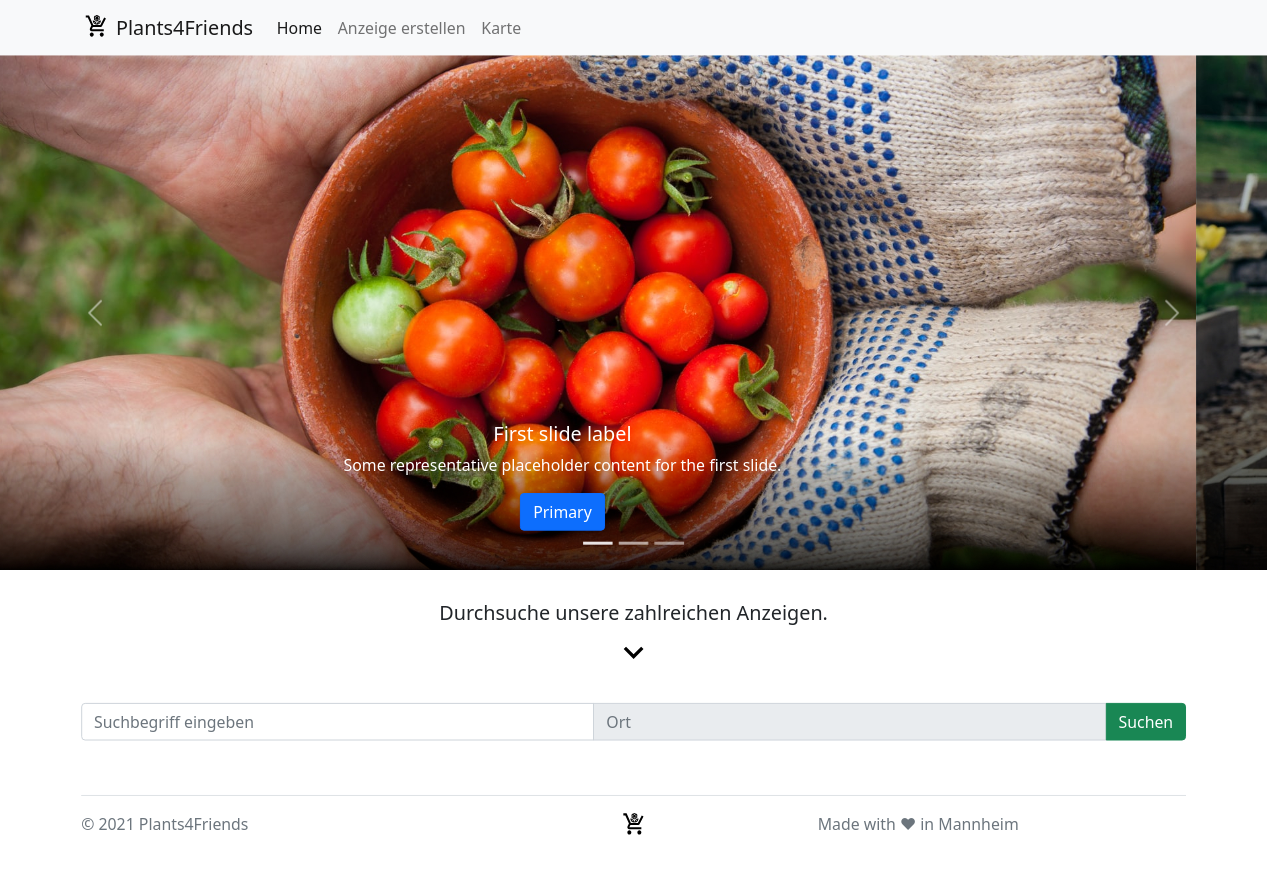
Repository: Carlson43/PlantsForFriends
Page: Website/index.html
These files come from the project's save history. The page is drawn as it stood at one moment and after the next save; the edit follows.
The browser window is 1280 px wide. The pictures show the whole page, at 99% of full size.

Above is the page before, as saved 2022-01-13 11:59:16.

After the next save:
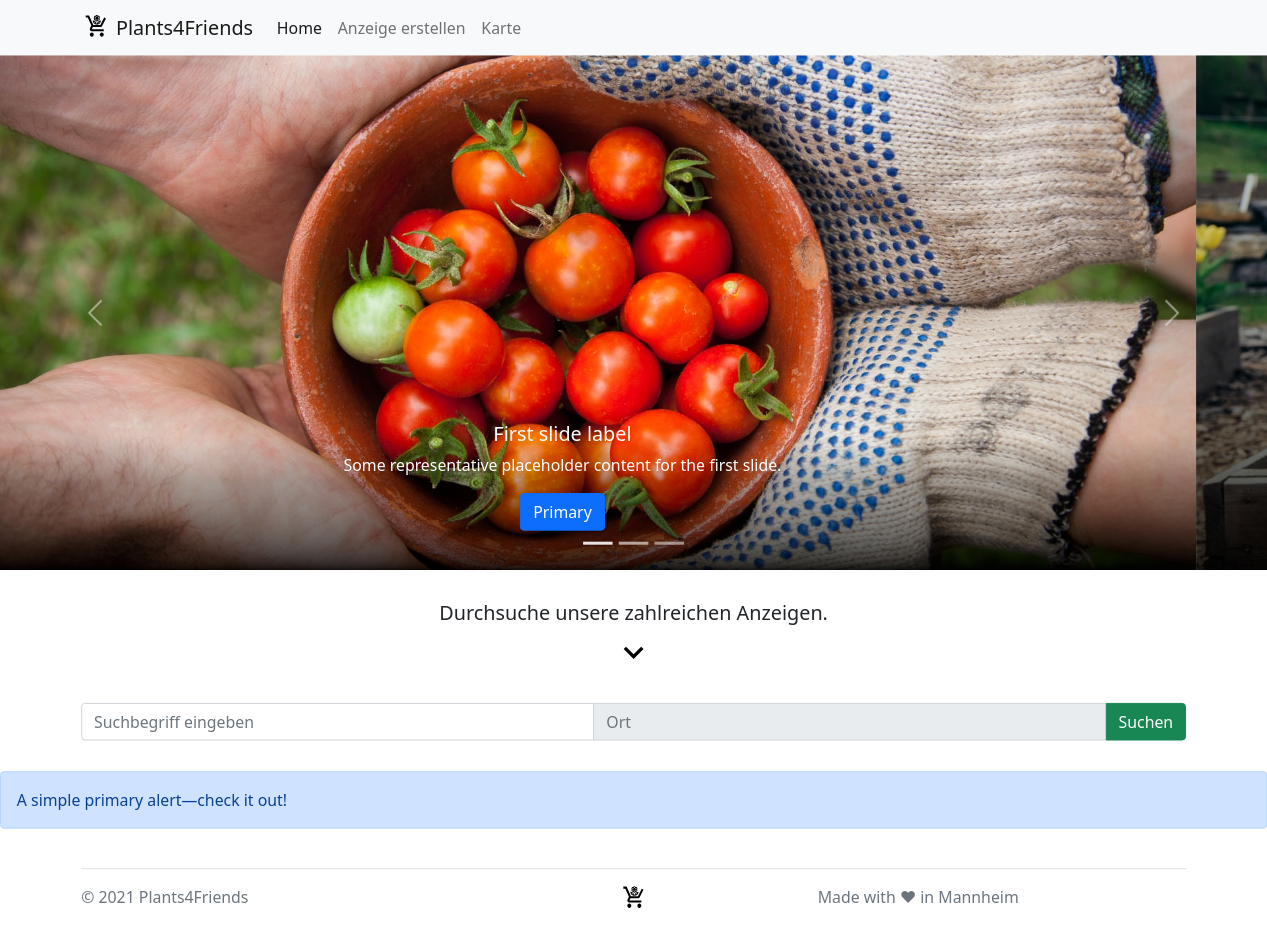
Saved 2 min 9 s later.
--- a/Website/index.html
+++ b/Website/index.html
@@ -130,6 +130,10 @@
 
     <div class="h-divider"></div>
 
+    <div class="alert alert-primary" role="alert">
+      A simple primary alert—check it out!
+    </div>
+
 
     <!-- Container Layout Demo -->
     <div class="container-md">
